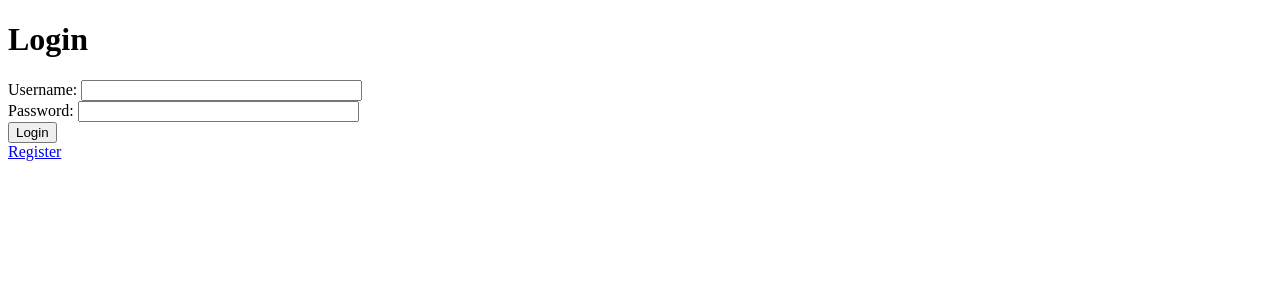
Repository: Stoldark/PLMUN
Page: http://localhost/login?next=%2F
These files come from the project's save history. The page is drawn as it stood at one moment and after the next save; the edit follows.
The browser window is 1280 px wide. The pictures show the whole page.
The page is served by the project's application, run on Flask 3 (tempCodeRunnerFile.py).

Above is the page before, as saved 2024-09-22 16:40:58.

### templates/login.html
<!DOCTYPE html>
<html lang="en">
<head>
    <meta charset="UTF-8">
    <meta name="viewport" content="width=device-width, initial-scale=1.0">
    <title>Login</title>
</head>
<body>
    <h1>Login</h1>
    <form method="post">
        {{ form.hidden_tag() }}
        <label for="username">Username:</label>
        {{ form.username(size=32) }}<br>

        <label for="password">Password:</label>
        {{ form.password(size=32) }}<br>

        <button type="submit">Login</button>
    </form>
    <a href="{{ url_for('register') }}">Register</a>
</body>
</html>

### tempCodeRunnerFile.py
from flask import Flask, render_template, request, redirect, session, url_for, flash, jsonify
from flask_wtf import FlaskForm
from wtforms import StringField, PasswordField, SubmitField
from wtforms.validators import DataRequired, Length
from flask_bcrypt import Bcrypt
from flask_login import LoginManager, UserMixin, login_user, logout_user, login_required, current_user
import sqlite3
import os

# Initialize Flask app
app = Flask(__name__)

# Set the secret key for session management
app.config['SECRET_KEY'] = 'your_secret_key'  # Change this to a secure key

# Initialize extensions
bcrypt = Bcrypt(app)
login_manager = LoginManager(app)
login_manager.login_view = 'login'

# Database connection function
def get_db_connection():
    conn = sqlite3.connect('inventory.db')
    conn.row_factory = sqlite3.Row
    return conn

# User model for Flask-Login
class User(UserMixin):
    def __init__(self, id, username, role):
        self.id = id
        self.username = username
        self.role = role

# User loader for Flask-Login
@login_manager.user_loader
def load_user(user_id):
    conn = get_db_connection()
    user = conn.execute('SELECT * FROM users WHERE id = ?', (user_id,)).fetchone()
    conn.close()
    if user:
        return User(user['id'], user['username'], user['role'])
    return None

# Registration form
class RegistrationForm(FlaskForm):
    username = StringField('Username', validators=[DataRequired(), Length(min=4, max=25)])
    password = PasswordField('Password', validators=[DataRequired(), Length(min=6, max=35)])
    role = StringField('Role', validators=[DataRequired()])
    submit = SubmitField('Register')

# Login form
class LoginForm(FlaskForm):
    username = StringField('Username', validators=[DataRequired()])
    password = PasswordField('Password', validators=[DataRequired()])
    submit = SubmitField('Login')

# Route to show inventory items
@app.route('/')
@login_required
def index():
    conn = get_db_connection()
    items = conn.execute('SELECT * FROM items').fetchall()
    conn.close()
    return render_template('index.html', items=items)

# Route to add an item
@app.route('/add', methods=('GET', 'POST'))
@login_required
def add_item():
    if request.method == 'POST':
        name = request.form['name']
        quantity = request.form['quantity']
        price = request.form['price']

        conn = get_db_connection()
        conn.execute('INSERT INTO items (name, quantity, price) VALUES (?, ?, ?)',
                     (name, quantity, price))
        conn.commit()
        conn.close()

        return redirect('/')
    return render_template('add.html')

# Route to edit an item
@app.route('/edit/<int:id>', methods=('GET', 'POST'))
@login_required
def edit_item(id):
    conn = get_db_connection()
    item = conn.execute('SELECT * FROM items WHERE id = ?', (id,)).fetchone()

    if request.method == 'POST':
        name = request.form['name']
        quantity = request.form['quantity']
        price = request.form['price']
        conn.execute('UPDATE items SET name = ?, quantity = ?, price = ? WHERE id = ?',
                     (name, quantity, price, id))
        conn.commit()
        conn.close()
        return redirect('/')

    conn.close()
    return render_template('edit.html', item=item)

# Route to delete an item
@app.route('/delete/<int:id>', methods=['POST'])
@login_required
def delete_item(id):
    conn = get_db_connection()
    conn.execute('DELETE FROM items WHERE id = ?', (id,))
    conn.commit()
    conn.close()
    return redirect('/')

# Registration route
@app.route('/register', methods=['GET', 'POST'])
def register():
    form = RegistrationForm()
    if form.validate_on_submit():
        username = form.username.data
        password = bcrypt.generate_password_hash(form.password.data).decode('utf-8')
        role = form.role.data

        conn = get_db_connection()
        conn.execute('INSERT INTO users (username, password, role) VALUES (?, ?, ?)',
                     (username, password, role))
        conn.commit()
        conn.close()

        flash('Registration successful! You can now log in.')
        return redirect(url_for('login'))
    return render_template('register.html', form=form)

# Login route
@app.route('/login', methods=['GET', 'POST'])
def login():
    form = LoginForm()
    if form.validate_on_submit():
        username = form.username.data
        password = form.password.data

        conn = get_db_connection()
        user = conn.execute('SELECT * FROM users WHERE username = ?', (username,)).fetchone()
        conn.close()

        if user and bcrypt.check_password_hash(user['password'], password):
            login_user(User(user['id'], user['username'], user['role']))
            return redirect('/')
        else:
            flash('Login Unsuccessful. Please check your username and password', 'danger')

    return render_template('login.html', form=form)

# Logout route
@app.route('/logout')
@login_required
def logout():
    logout_user()
    return redirect(url_for('index'))

# API Endpoint to get inventory items
@app.route('/api/items', methods=['GET'])
@login_required
def api_get_items():
    conn = get_db_connection()
    items = conn.execute('SELECT * FROM items').fetchall()
    conn.close()
    return jsonify([dict(item) for item in items])

# API Endpoint to add an item
@app.route('/api/items', methods=['POST'])
@login_required
def api_add_item():
    data = request.get_json()
    name = data.get('name')
    quantity = data.get('quantity')
    price = data.get('price')

    conn = get_db_connection()
    conn.execute('INSERT INTO items (name, quantity, price) VALUES (?, ?, ?)',
                 (name, quantity, price))
    conn.commit()
    conn.close()

    return jsonify({'message': 'Item added successfully'}), 201

# API Endpoint to update an item
@app.route('/api/items/<int:id>', methods=['PUT'])
@login_required
def api_update_item(id):
    data = request.get_json()
    name = data.get('name')
    quantity = data.get('quantity')
    price = data.get('price')

    conn = get_db_connection()
    conn.execute('UPDATE items SET name = ?, quantity = ?, price = ? WHERE id = ?',
                 (name, quantity, price, id))
    conn.commit()
    conn.close()

    return jsonify({'message': 'Item updated successfully'})

# API Endpoint to delete an item
@app.route('/api/items/<int:id>', methods=['DELETE'])
@login_required
def api_delete_item(id):
    conn = get_db_connection()
    conn.execute('DELETE FROM items WHERE id = ?', (id,))
    conn.commit()
    conn.close()

    return jsonify({'message': 'Item deleted successfully'})

# Run the app
if __name__ == "__main__":
    port = int(os.environ.get("PORT", 10000))  # Use PORT environment variable or default to 10000
    app.run(host="0.0.0.0", port=port, debug=True)

After the next save:
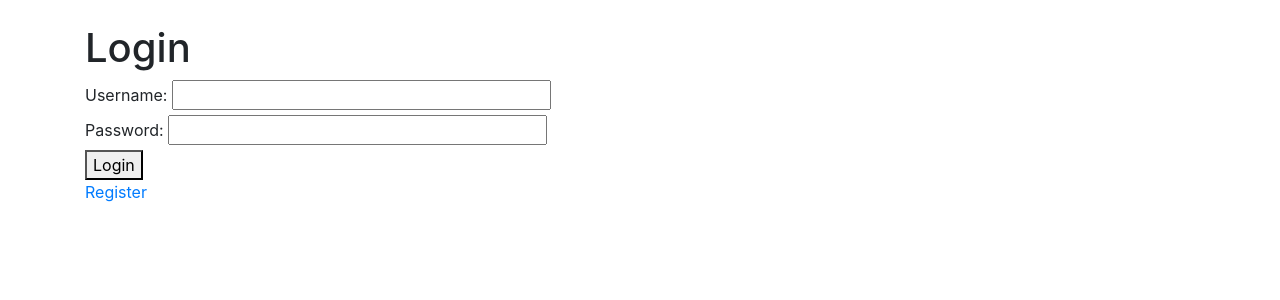
Saved 12 s later.
--- a/templates/login.html
+++ b/templates/login.html
@@ -4,8 +4,10 @@
     <meta charset="UTF-8">
     <meta name="viewport" content="width=device-width, initial-scale=1.0">
     <title>Login</title>
+    <link rel="stylesheet" href="https://stackpath.bootstrapcdn.com/bootstrap/4.5.2/css/bootstrap.min.css">
 </head>
 <body>
+    <div class="container mt-4">
     <h1>Login</h1>
     <form method="post">
         {{ form.hidden_tag() }}
